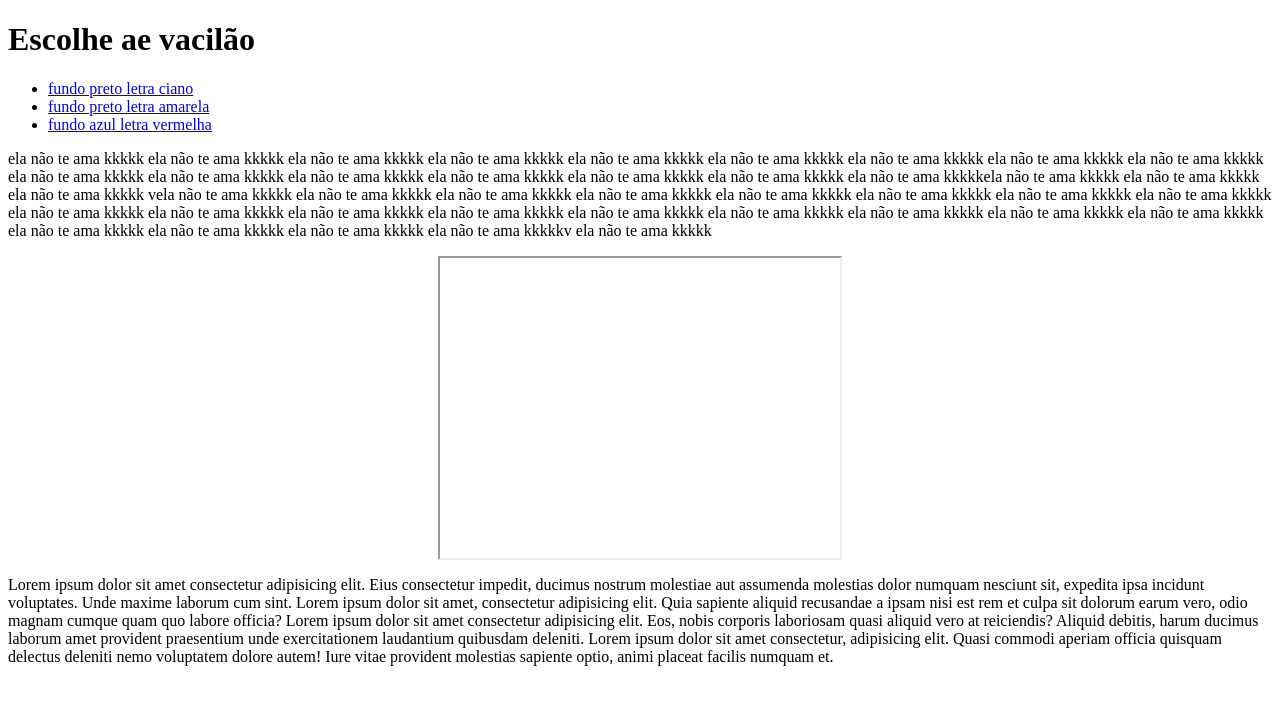
Repository: Leonngc/html-css
Page: ex024/otarios.html
An editor plug-in stored every save of this project. The page is shown before and after the next save, followed by the edit.
The browser window is 1280 px wide. The pictures show the whole page.

Above is the page before, as saved 2022-11-25 21:36:26.

After the next save:
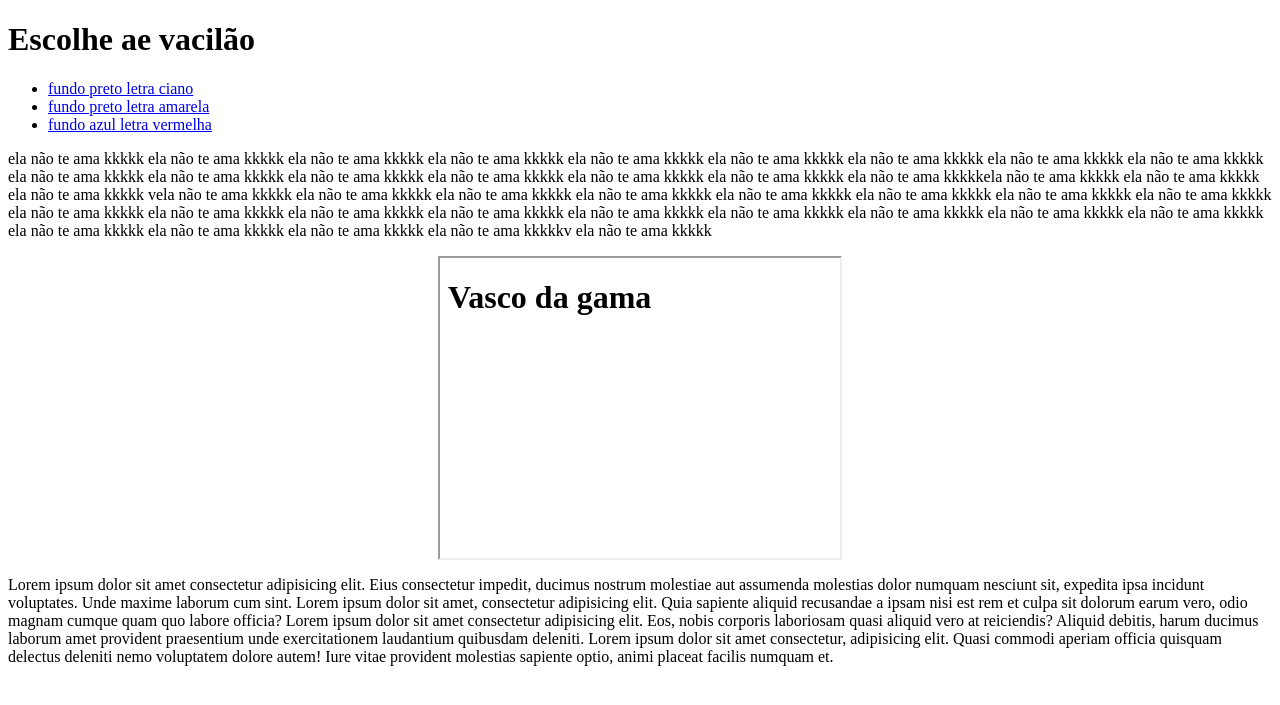
Saved 7 s later.
--- a/ex024/otarios.html
+++ b/ex024/otarios.html
@@ -26,7 +26,7 @@
 
 
 
-    <iframe srcdoc="<h1></h1>" name="iframe"></iframe>
+    <iframe srcdoc="<h1>Vasco da gama</h1>" name="iframe"></iframe>
 
     <p>Lorem ipsum dolor sit amet consectetur adipisicing elit. Eius consectetur impedit, ducimus nostrum molestiae aut assumenda molestias dolor numquam nesciunt sit, expedita ipsa incidunt voluptates. Unde maxime laborum cum sint. Lorem ipsum dolor sit amet, consectetur adipisicing elit. Quia sapiente aliquid recusandae a ipsam nisi est rem et culpa sit dolorum earum vero, odio magnam cumque quam quo labore officia? Lorem ipsum dolor sit amet consectetur adipisicing elit. Eos, nobis corporis laboriosam quasi aliquid vero at reiciendis? Aliquid debitis, harum ducimus laborum amet provident praesentium unde exercitationem laudantium quibusdam deleniti. Lorem ipsum dolor sit amet consectetur, adipisicing elit. Quasi commodi aperiam officia quisquam delectus deleniti nemo voluptatem dolore autem! Iure vitae provident molestias sapiente optio, animi placeat facilis numquam et.</p>
 </body>
